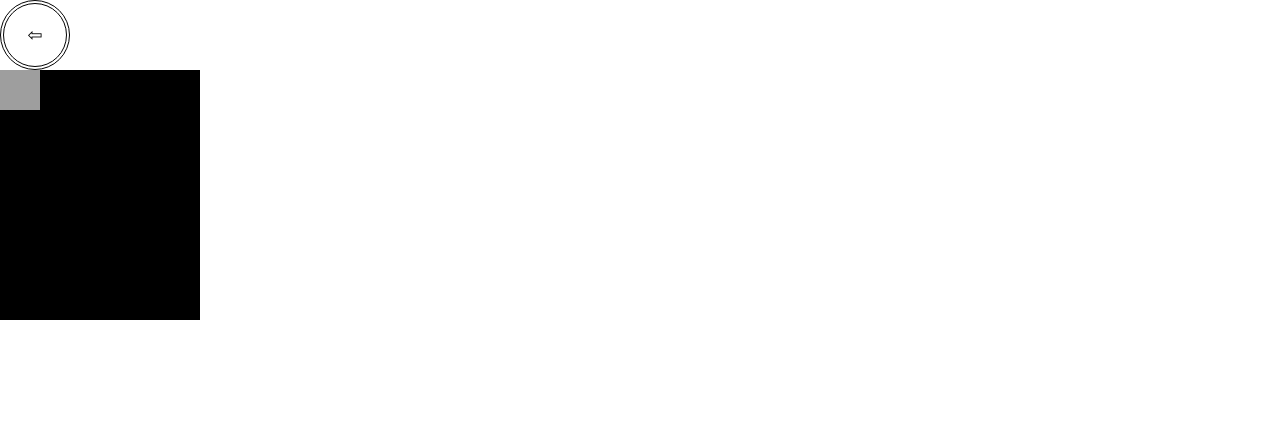
Repository: Mush-s/Folio-OX
Page: /profile
An editor plug-in stored every save of this project. The page is shown before and after the next save, followed by the edit.
The browser window is 1280 px wide. The pictures show the whole page.
Pictures or frames that could not be fetched are drawn as grey boxes. The project was rebuilt for these pictures with package versions that can differ from the ones it lists, and the page was loaded fresh each time. Also part of the build but not shown: src/TicTacToe/AfterGame/AfterGame.css, src/TicTacToe/AfterGame/AfterGame.js, src/TicTacToe/Game/Cell.css, src/TicTacToe/Game/Cell.js, src/TicTacToe/Patterns/Pattern.js, src/TicTacToe/Game/GameButtons/GameButtons.css, src/TicTacToe/Game/GameButtons/GameButtons.js, src/TicTacToe/Game/Game.css and 18 more.

Above is the page before, as saved 2022-09-20 17:59:42.

After the next save:
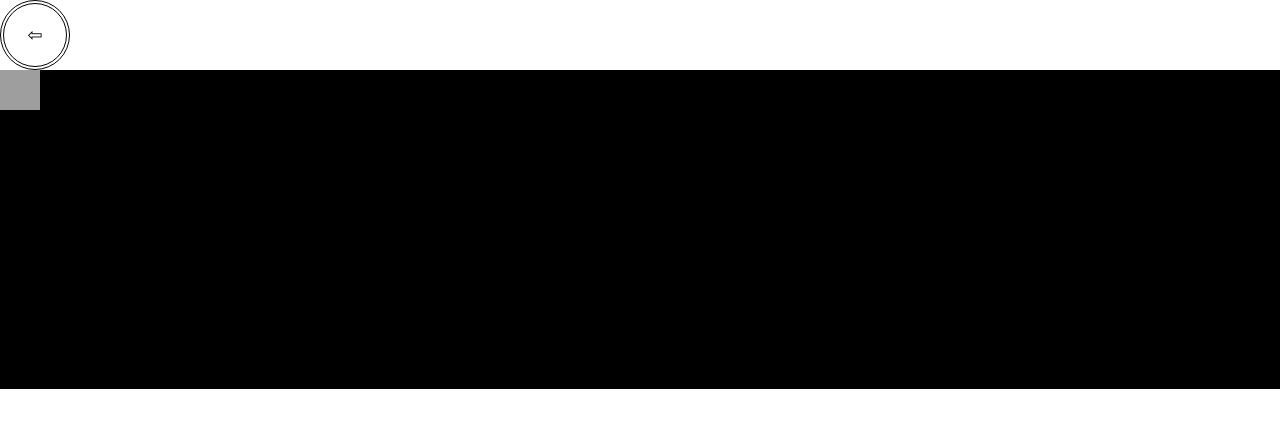
Saved 61 s later.
--- a/src/Profile/Profile.css
+++ b/src/Profile/Profile.css
@@ -1,10 +1,12 @@
-.profile{
-    background-color: black;
-    width:200px;
-    height:250px;
+.profile {
+  background-color: black;
 }
 
-.profile img{
-    width:40px;
-    height:40px;
+.profile .picture {
+  width: 200px;
+  height: 250px;
 }
+.profile img {
+  width: 40px;
+  height: 40px;
+}
